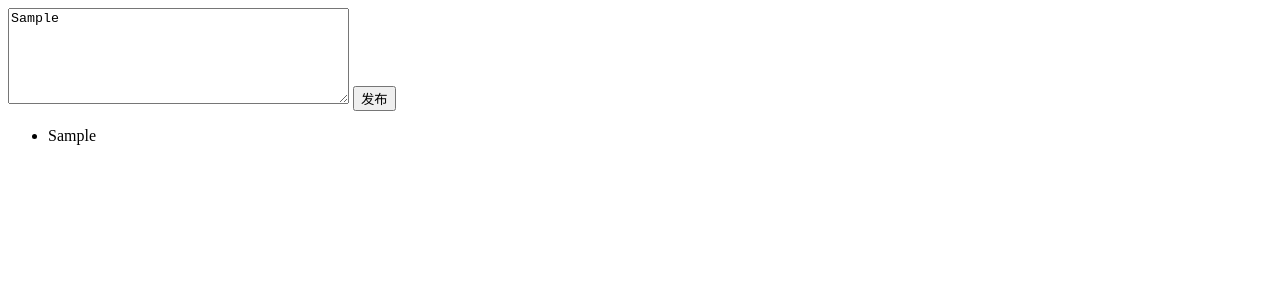
Repository: Sky0258/study
Page: js/9.发布留言案例.html
An editor plug-in stored every save of this project. The page is shown before and after the next save, followed by the edit.
The browser window is 1280 px wide. The pictures show the whole page.
Empty fields were first filled with sample values (such as "Sample", 5 or name@example.com).
After loading, the first visible `button` was clicked once.

Above is the page before, as saved 2022-09-11 17:20:20.

After the next save:
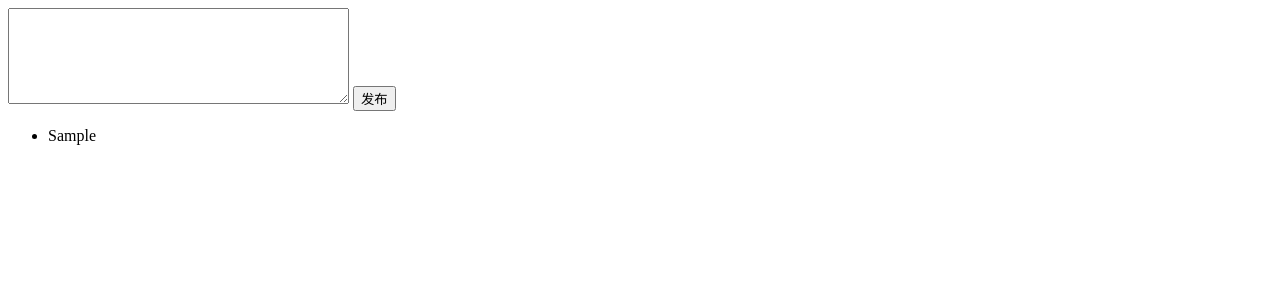
Saved 31 s later.
--- a/js/9.发布留言案例.html
+++ b/js/9.发布留言案例.html
@@ -20,11 +20,13 @@
 
     btn.onclick = function() {
         if (text.value == ''){
-            alert('请输入您要发布的内容')
+            alert('请输入您要发布的内容');
+            return false;
         } else {
             var li = document.createElement('li');
             li.innerHTML = text.value;
             ul.appendChild(li);
+            text.value = '';
         }
     }
 </script>

After the save that followed:
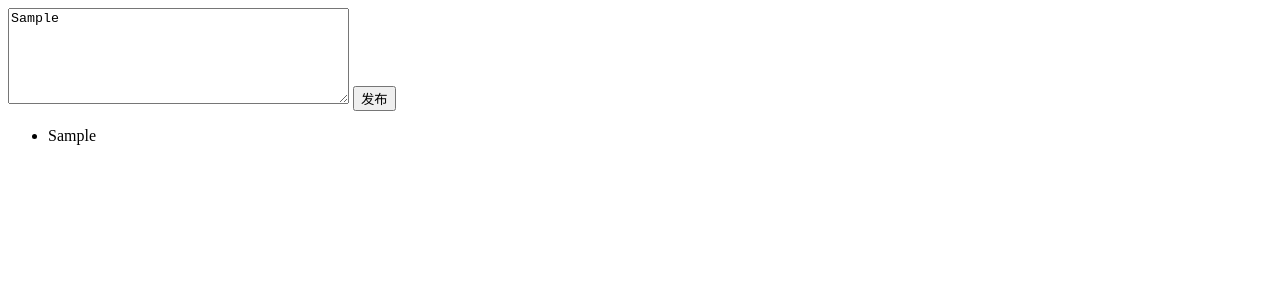
Saved 110 s later.
--- a/js/9.发布留言案例.html
+++ b/js/9.发布留言案例.html
@@ -25,8 +25,12 @@
         } else {
             var li = document.createElement('li');
             li.innerHTML = text.value;
-            ul.appendChild(li);
-            text.value = '';
+
+            // 类似于 push 的放到 ul 的最后面
+            // ul.appendChild(li);
+
+            //放到特定的子节点的前面  (这里每一次都是放在第一个子元素前面)
+            ul.insertBefore(li,ul.children[0]);
         }
     }
 </script>
